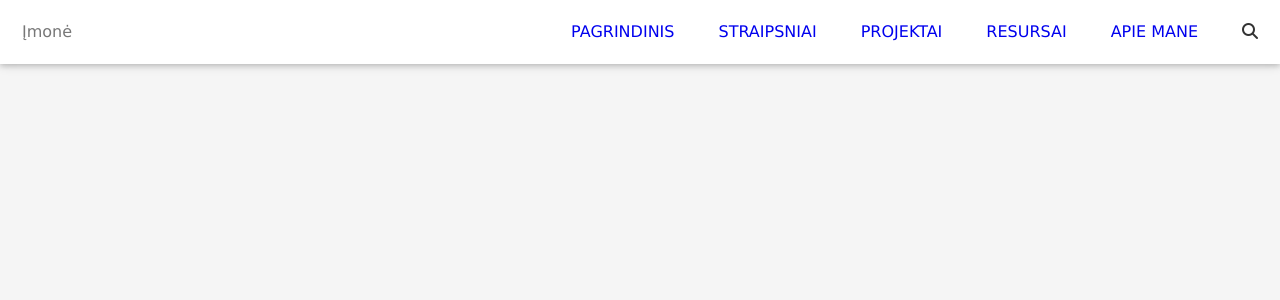
Repository: motiejus1/14-paskaita-05.31
Page: index.html
These files come from the project's save history. The page is drawn as it stood at one moment and after a run of saves; the edit follows.
The browser window is 1280 px wide. The pictures show the whole page.
Some web libraries are served in a nearby version.

Above is the page before, as saved 2021-06-23 19:00:54.

### index.html
<!DOCTYPE html>
<html lang="en">
<head>
    <meta charset="UTF-8">
    <meta http-equiv="X-UA-Compatible" content="IE=edge">
    <meta name="viewport" content="width=device-width, initial-scale=1.0">
    <title>14 paskaita</title>

    <link rel="stylesheet" href="http://maxcdn.bootstrapcdn.com/font-awesome/latest/css/font-awesome.min.css">
    <style>
        html {
            font-size: 16px;
        }

        body {
            max-width: 1920px;
            margin: 0 auto;
            font-family: Verdana, Arial, sans-serif;
            line-height: 1.25rem;
            color:#333;
            background-color: #f5f5f5;
        }

        .container {
            width: 100%;
            margin: auto;
        }

        a {
            text-decoration: none;
            transition: all 0.3s ease;
        }

        .area {
            display: flex;
            /* flex-direction:row; */
            /* flex-wrap: wrap; */

            flex-flow: row wrap;
            align-items: stretch;
            justify-content: space-between;
            margin-left: auto;
        }

        .navbar-component {
            background-color: white;
            box-shadow: 0 2px 5px rgba(0,0,0,0.16), 0 2px 10px rgba(0,0,0,0.12);
        }

        .brand {
            display:block;
            font-size: 1rem;
            color: #777;
            margin: 1.375rem;
        }

        .list {
            display:flex;
        }

        .item {
            display: block;
            height: 4rem;
            line-height: 4rem;
            padding-left: 1.375rem;
            padding-right: 1.375rem;
            text-transform: uppercase;
            color:
        }


    </style>
</head>
<body>
    <div class="container">
        <div class="navbar-component">
            <div class="navbar area">
                <a href="#" class="brand">Įmonė</a>

                <nav id="navigation" class="list">
                    <a href="#" class="item -link">Pagrindinis</a>
                    <a href="#" class="item -link" >Straipsniai</a>
                    <a href="#" class="item -link">Projektai</a>
                    <a href="#"class="item -link">Resursai</a>
                    <a href="#" class="item -link">Apie mane</a>
                    <span class="item">
                        <i class="fa fa-search"></i>
                    </span>
                </nav>

            </div>

        </div>
    </div>

</body>
</html>

After the next 2 saves:
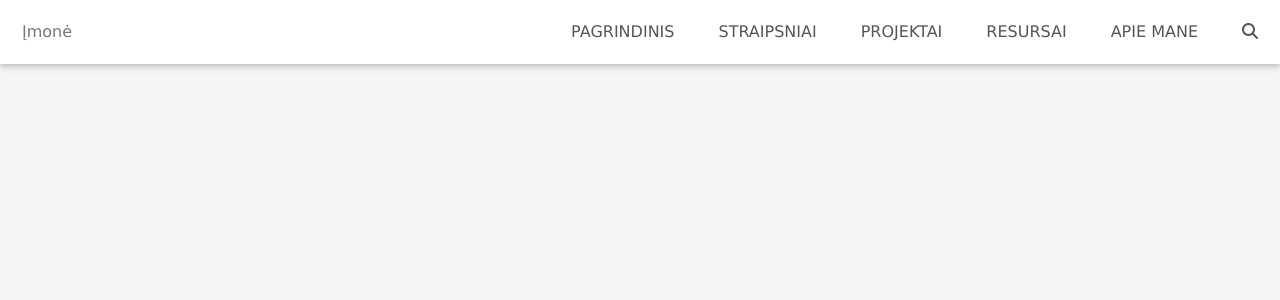
The 2 saves are shown as one change because they came seconds apart.
The last was saved 13 s later.
--- a/index.html
+++ b/index.html
@@ -65,7 +65,8 @@
             padding-left: 1.375rem;
             padding-right: 1.375rem;
             text-transform: uppercase;
-            color:
+            color: #555;
+            font-size:
         }
 
 
